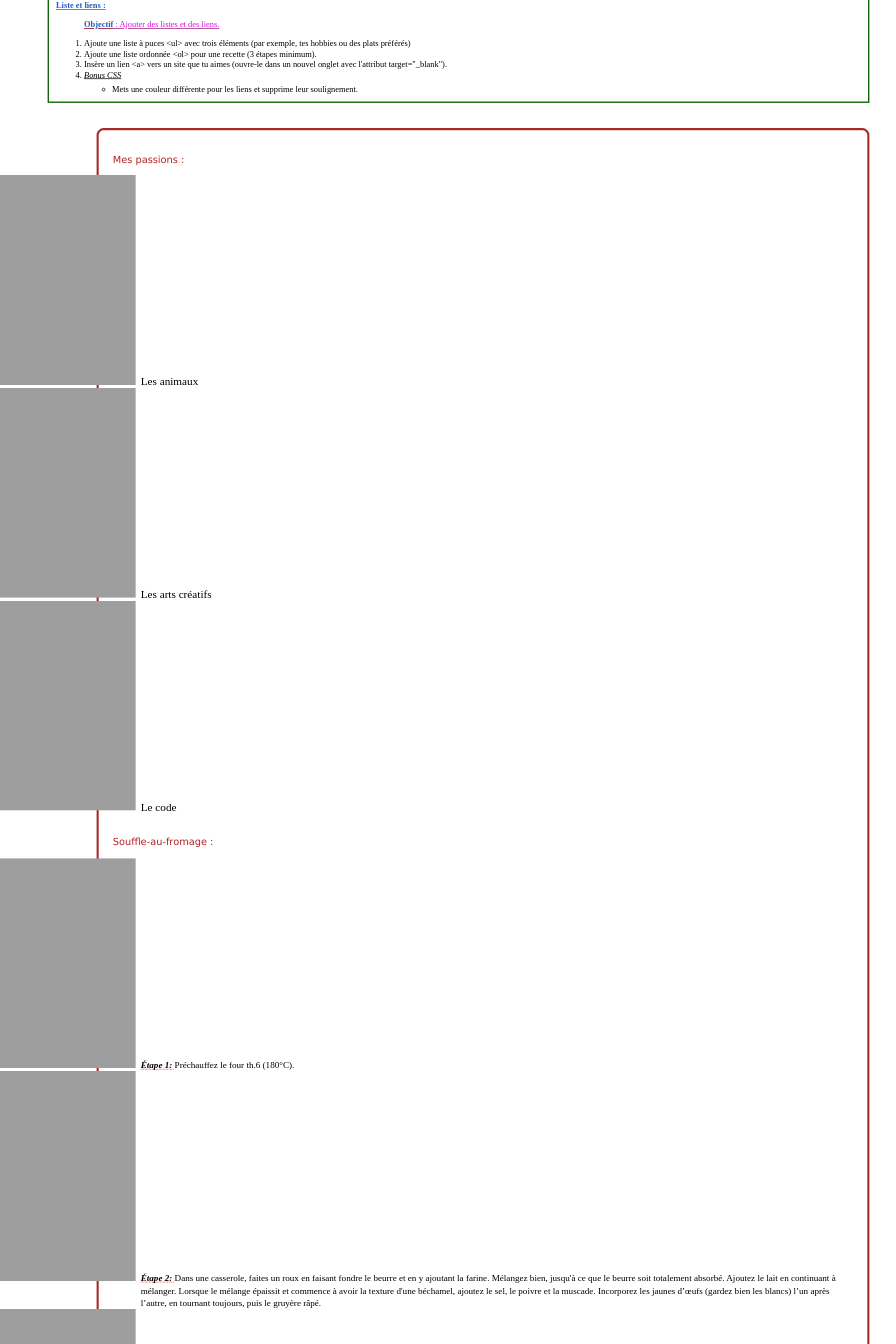
Repository: AnnaSpirit/Mimo_App
Page: Exercices_HTML&CSS.html
An editor plug-in stored every save of this project. The page is shown before and after a run of saves, followed by the edit.
The browser window is 1280 px wide. The pictures show the part of the page from y = 530 to 2450 px (the page is 4685 px tall before and 3827 px after), at 70% of full size.

Above is the page before, as saved 2024-12-08 17:04:25.

### Exercices_HTML&CSS.html
<!DOCTYPE html>
<html lang="en">

<head>
    <meta charset="UTF-8">
    <meta name="viewport" content="width=device-width, initial-scale=1.0">
    <link rel="stylesheet" href="styleCSS.css">
    <title>Exercices HTML & CSS</title>
</head>

<body>
    <div>
        <span class="Ex">
            <h1>Exercice 1</h1>
            <span class="Consigne"><b>Créer une page simple :</b><br>
                <p><b>Objectif</b> : Créer une page HTML basique.</p>
                <ol>
                    <li>Crée une page HTML avec :
                        <ul>
                            <li>Un titre de page (balise &lt;title&gt;).</li>
                            <li>Un en-tête &lt;h1&gt; avec un texte comme "Bienvenue sur ma page".</li>
                            <li>Un paragraphe &lt;p&gt; décrivant ce que tu apprends.</li>
                        </ul>
                    </li>
                    <li><em>Bonus CSS</em>
                        <ul>
                            <li>Ajoute un style de base pour le texte (par exemple, change la couleur ou la taille)</li>
                        </ul>
                    </li>
                </ol>
            </span>
        </span>
        <br>
        <br>
        <span class="Resultat">
            <div>
                <span>
                    <p>Le titre de la page est : <em>Exercices HTML & CSS</em>
                    <h1>Bienvenue sur ma page!</h1>
                    <p id="apprend">
                        J'apprends le codage, est cette page combine le <b>HTML</b> : « HyperText Markup Language » et
                        le <b>CSS</b> : « Cascading StyleSheets ».
                    </p>
                    </p>
                </span>
            </div>
        </span>

    </div>
    <div>
        <span class="Ex">
            <h1>Exercice 2</h1>
            <span class="Consigne"><b>Liste et liens :</b>
                <ol>
                    <p><b>Objectif</b> : Ajouter des listes et des liens.</p>
                    <li>Ajoute une liste à puces &lt;ul&gt; avec trois éléments (par exemple, tes hobbies ou des plats
                        préférés)</li>
                    <li>Ajoute une liste ordonnée &lt;ol&gt; pour une recette (3 étapes minimum).</li>
                    <li>Insère un lien &lt;a&gt; vers un site que tu aimes (ouvre-le dans un nouvel onglet avec
                        l'attribut target="_blank").</li>
                    <li><em>Bonus CSS</em>
                        <ul>
                            <li>Mets une couleur différente pour les liens et supprime leur soulignement.</li>
                        </ul>
                    </li>
                </ol>
            </span>
        </span>
        <br>
        <br>
        <span class="Resultat">
            <p>Mes passions :</p>
            <ul>
                <li class="square">Les animaux</li>
                <li class="square">Les arts créatifs</li>
                <li class="square">Le code</li>
            </ul><br>
            <p>Souffle-au-fromage :</p>
            <ol>
                <li><b class="etape">Étape 1: </b>
                    <span class="a_faire">Préchauffez le four th.6 (180°C).</span>
                </li>
                <li><b class="etape">Étape 2: </b>
                    <span class="a_faire">Dans une casserole, faites un roux en faisant fondre le beurre et en y ajoutant la farine. Mélangez bien, jusqu'à ce que
                    le beurre soit totalement absorbé. Ajoutez le lait en continuant à mélanger. Lorsque le mélange épaissit et commence à
                    avoir la texture d'une béchamel, ajoutez le sel, le poivre et la muscade. Incorporez les jaunes d’œufs (gardez bien les
                    blancs) l’un après l’autre, en tournant toujours, puis le gruyère râpé.</span>
                </li>
                <li><b class="etape">Étape 3: </b>
                    <span class="a_faire">Battez les blancs en neige très ferme. Ajoutez-les délicatement à votre préparation, au dernier moment.</span>
                </li>
                <li><b class="etape">Étape 4: </b>
                    <span class="a_faire">BBeurrez et farinez le moule à soufflé (ou plusieurs petits) et remplissez-le jusqu'à moitié. Enfournez pendant 25 min
                    environ sans ouvrir le four. Quand le soufflé gonfle et déborde légèrement du moule, servez aussitôt.</span>
                </li>
            </ol>
            <p>Et le lien pour en savoir plus...
            <a href="https://www.cuisineaz.com/recettes/souffle-au-fromage-facile-et-rapide-50444.aspx#preparation"
                target="_blank"> Soufflé-au-fromage</a></p>
        </span>

    </div>
    <div>
        <span class="Ex">
            <h1>Exercice 3</h1>
            <span class="Consigne"><b>Structure avancée</b><br>
                <p><b>Objectif</b> : Créer une mise en page avec des sections</p>
                <ol>
                    <li>Crée une structure avec :</li>
                    <ul>
                        <li>Une barre de navigation <nav> contenant trois liens (par exemple : Accueil, À propos,
                                Contact).</li>
                        <li>Une section principale <main> avec un article <article> comprenant un titre et un
                                    paragraphe.</li>
                        <li>Un pied de page <footer> avec un copyright.</li>
                    </ul>
                    <li><em>Bonus CSS </em></li>
                    <ul>
                        <li>Donne un arrière-plan différent pour chaque section pour les distinguer.</li>
                    </ul>
                    </li>
                </ol>
            </span>
        </span>
        <br>
        <br>
        <span class="Resultat">Lorem ipsum dolor sit amet consectetur adipisicing elit. Totam consequatur cumque vitae
            necessitatibus tempora quam commodi. Officia sit, corporis harum ipsam adipisci eius omnis deleniti ad
            aliquam rem
            recusandae tempore magnam impedit ratione quaerat eaque nihil, ipsa esse. Expedita voluptatem modi
            voluptatibus
            possimus odio, perspiciatis maiores velit quo incidunt? Earum.</span>
    </div>
    <div>
        <span class="Ex">
            <h1>Exercice 4</h1>
            <span class="Consigne"><b>Formulaire simple :</b><br>
                <p><b>Objectif</b> : Ajouter un formulaire interactif.</p>
                <ol>
                    <li>1. Crée un formulaire avec :</li>
                    <ul>
                        <li>Un champ de texte &lt;input type="text"&gt; pour le nom.</li>
                        <li>Une zone de texte &lt;textarea&gt; pour les commentaires.</li>
                        <li>Un bouton d'envoi &lt;button&gt;.</li>
                    </ul>
                    </li>
                    <li><em>Bonus CSS</em>
                        <ul>
                            <li>Ajoute des styles pour que le formulaire soit centré et que les champs aient une bordure
                                arrondie.</li>
                        </ul>
                    </li>
                </ol>
            </span>
        </span>
        <br>
        <br>
        <span class="Resultat">Lorem ipsum dolor sit amet consectetur adipisicing elit. Totam consequatur cumque vitae
            necessitatibus tempora quam commodi. Officia sit, corporis harum ipsam adipisci eius omnis deleniti ad
            aliquam rem
            recusandae tempore magnam impedit ratione quaerat eaque nihil, ipsa esse. Expedita voluptatem modi
            voluptatibus
            possimus odio, perspiciatis maiores velit quo incidunt? Earum.</span>
    </div>
    </div>
    <div>
        <span class="Ex">
            <h1>Exercice 5</h1>
            <span class="Consigne"><b>Carte de profil :</b><br>
                <p><b>Objectif</b> : Utiliser des boîtes et des images.</p>
                <ol>
                    <li>Crée une "carte de profil" avec :</li>
                    <ul>
                        <li>Une image &lt;img&gt; (par exemple, un avatar ou une photo fictive)</li>
                        <li>Un titre &lt;h2&gt; pour le nom</li>
                        <li>Un texte &lt;p&gt; décrivant la personne.</li>
                    </ul>
                    <li><em>Bonus CSS</em></li>
                    <ul>
                        <li>Ajoute un effet de survol (:hover) pour changer la couleur de la bordure.</li>
                    </ul>
                    </li>
                </ol>
            </span>
        </span>
        <br>
        <br>
        <span class="Resultat">Lorem ipsum dolor sit amet consectetur adipisicing elit. Totam consequatur cumque vitae
            necessitatibus tempora quam commodi. Officia sit, corporis harum ipsam adipisci eius omnis deleniti ad
            aliquam rem
            recusandae tempore magnam impedit ratione quaerat eaque nihil, ipsa esse. Expedita voluptatem modi
            voluptatibus
            possimus odio, perspiciatis maiores velit quo incidunt? Earum.</span>
    </div>
    <div>
        <span class="Ex">
            <h1>Exercice 6</h1>
            <span class="Consigne"><b>Mini site responsif</b><br>
                <p><b>Objectif</b> : Créer une mise en page adaptative avec <em class="select">Flexbox</em> ou <em
                        class="select">Grid</em>.
                <ol>
                    <li>Crée une page avec :</li>
                    <ul>
                        <li>Une barre de navigation fixe en haut.</li>
                        <li>Une section principale avec deux colonnes (texte à gauche, image à droite)</li>
                        <li>Un pied de page collé en bas</li>
                    </ul>
                    </li>
                    <li>Utilise <em class="select">Flexbox</em> ou <em class="select">CSS Grid</em> pour organiser la
                        mise en page.</li>
                    <li>Ajoute un <em class="select">media query</em> pour que la page s'adapte sur mobile (les colonnes
                        passent en une seule).</li>
                    <li><em>Bonus CSS</em>
                        <ul>
                            <li>Ajoute une animation subtile sur un élément (par exemple, un bouton qui change de
                                couleur lorsqu'on clique).</li>
                        </ul>
                    </li>
                </ol>
            </span>
        </span>
        <br>
        <br>
        <span class="Resultat">Lorem ipsum dolor sit amet consectetur adipisicing elit. Totam consequatur cumque vitae
            necessitatibus tempora quam commodi. Officia sit, corporis harum ipsam adipisci eius omnis deleniti ad
            aliquam rem
            recusandae tempore magnam impedit ratione quaerat eaque nihil, ipsa esse. Expedita voluptatem modi
            voluptatibus
            possimus odio, perspiciatis maiores velit quo incidunt? Earum.</span>
    </div>
</body>

</html>

### styleCSS.css
html {
    margin: 0 30px 0 30px;
}

.Ex {
    font-size: 12px;
}

.Ex h1 {
    font-weight: bold;
    font-size: x-large;
    text-decoration: underline orange;
}

.Ex .Consigne {
    border: 2px solid rgb(18, 103, 10);
    /* Une bordure de 2px */
    padding: 10px;
    /* Espace entre le texte et la bordure */
    display: block;
    /* S'assurer que la bordure s'adapte au texte */
    margin: 0 0 0 30px;
    /* Décalage de 20px à droite */
}

.Ex p {
    text-decoration: underline rgb(149, 18, 112);
    color: rgb(228, 7, 228);
}

.Ex ol,
ul {
    margin-top: 5px;
    margin-bottom: 0;
}

.EX b,
em {
    font-family: fantasy;
    text-decoration: underline;
}

.EX .select {
    font-style: oblique;
}



.Resultat {
    border: 3px solid brown;
    /* Une bordure noire de 2px */
    padding: 20px;
    /* Espace entre le texte et la bordure */
    border-radius: 10px;
    /* Coins arrondis */
    display: block;
    /* S'assurer que la bordure s'adapte au texte */
    margin-left: 100px;
}

.Resultat p {
    font-family: 'Lucida Sans', 'Lucida Sans Regular', 'Lucida Grande', 'Lucida Sans Unicode', Geneva, Verdana, sans-serif;
    font-size: 14px;
    color: firebrick;
}

.Resultat em,
b {
    color: rgb(33, 92, 196);
    text-decoration: underline brown;
}

.Resultat #apprend {
    color: darkviolet;

}

.Resultat .a_faire,
.etape {
    font-family: 'Times New Roman', Times, serif;
    color: black;
    font-size: small;
    text-decoration: none;
}

.Resultat .etape {
    font-style: italic;
    text-decoration: underline dotted orangered;
}

.Resultat a {
    color: blue;
    text-decoration: underline;
}
.square{
    list-style-type: square;
}
.Resultat li{
    list-style-image: url('sqpurple.gif');
}

After the next 2 saves:
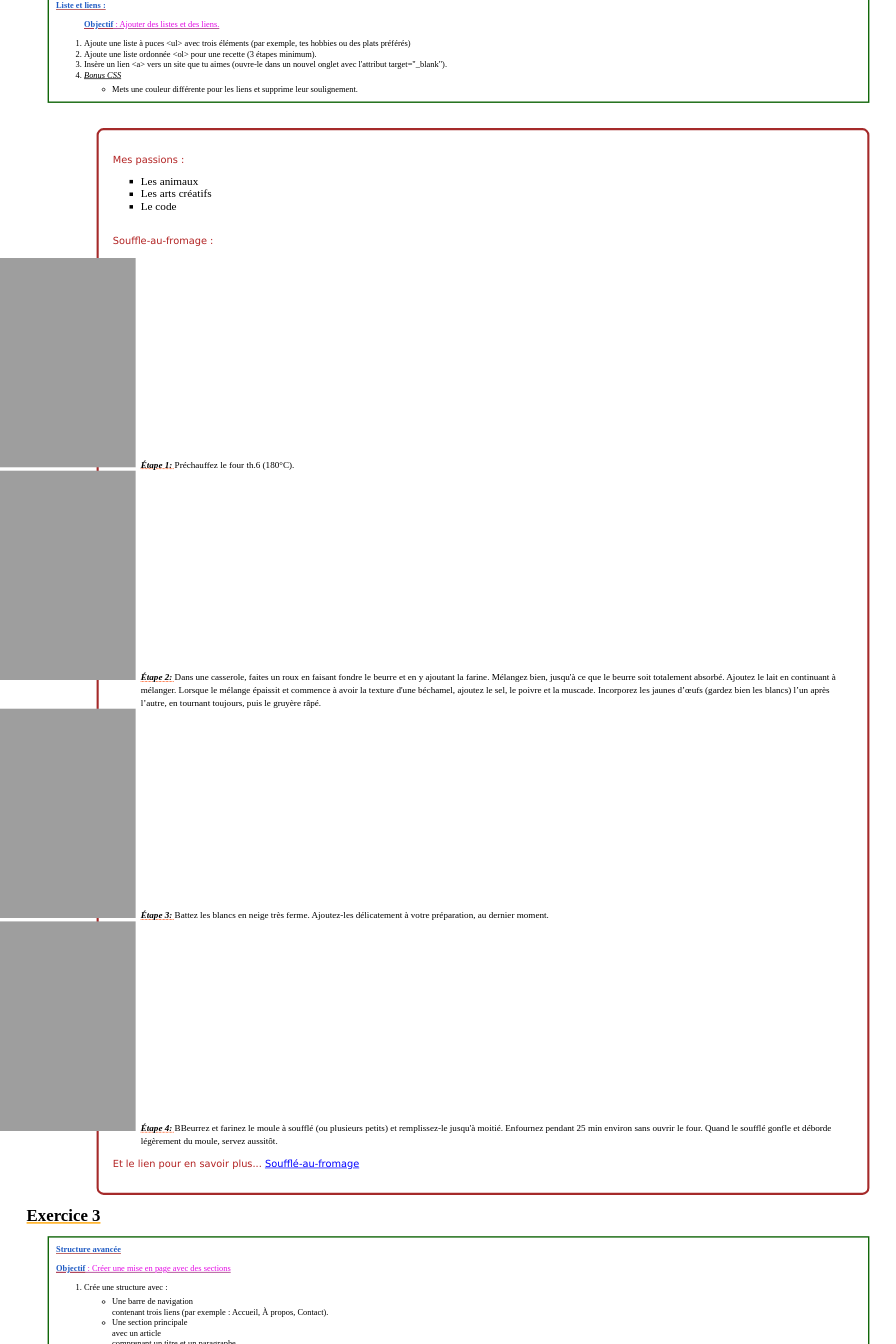
The 2 saves are shown as one change because they came seconds apart.
The last was saved 23 s later.
--- a/styleCSS.css
+++ b/styleCSS.css
@@ -95,6 +95,6 @@ b {
 .square{
     list-style-type: square;
 }
-.Resultat li{
+.Resultat ol{
     list-style-image: url('sqpurple.gif');
 }
